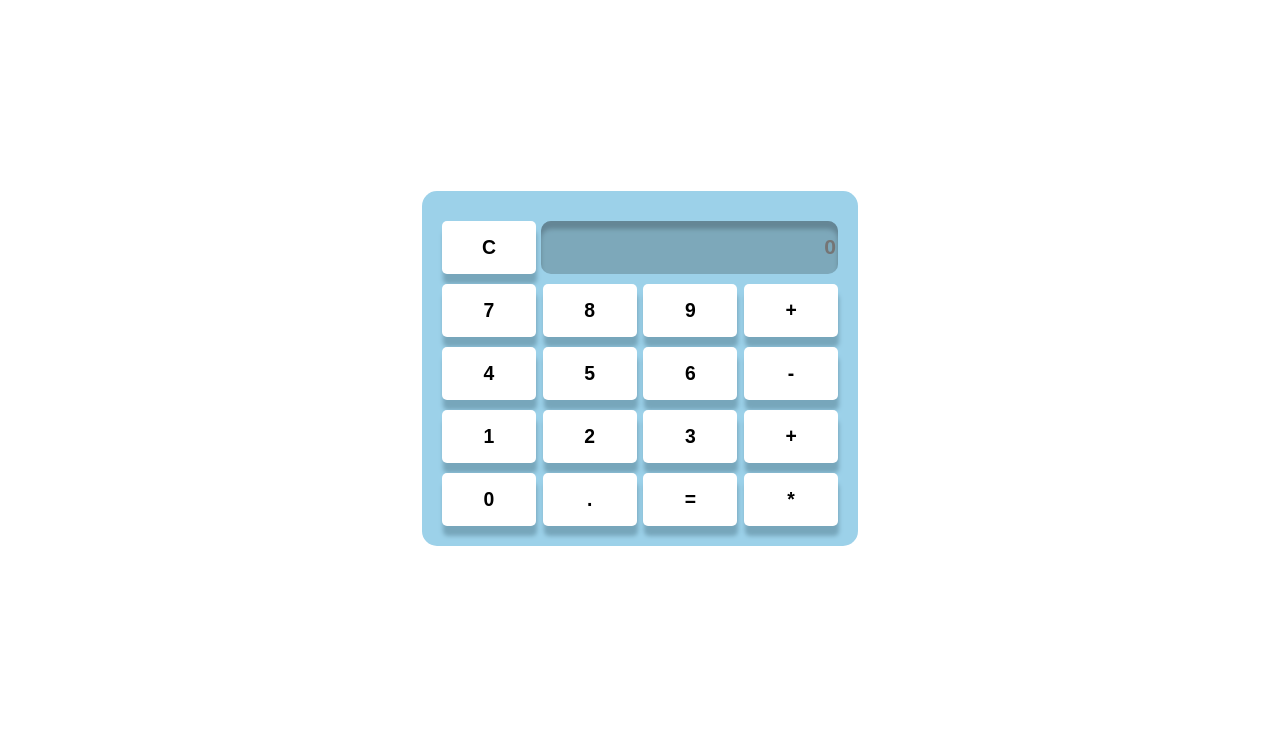
Repository: sem1103/calculator
Page: index.html
These files come from the project's save history. The page is drawn as it stood at one moment and after the next save; the edit follows.
The browser window is 1280 px wide. The pictures show the whole page.

Above is the page before, as saved 2023-11-01 20:01:08.

After the next save:
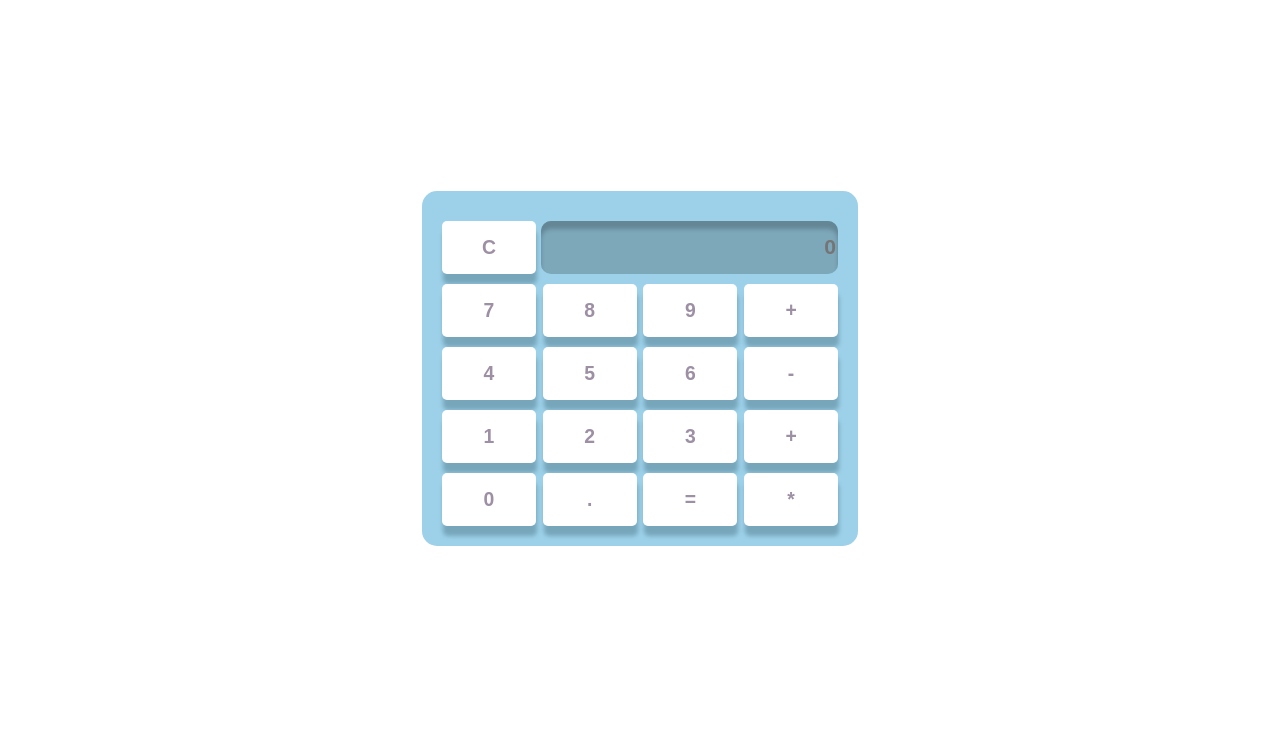
Saved 24 s later.
--- a/index.html
+++ b/index.html
@@ -61,7 +61,7 @@
             border: 0;
             border-radius: 5px;
             cursor: pointer;
-
+            color: #9d8fa4;
         }
 
         input::-webkit-outer-spin-button,
